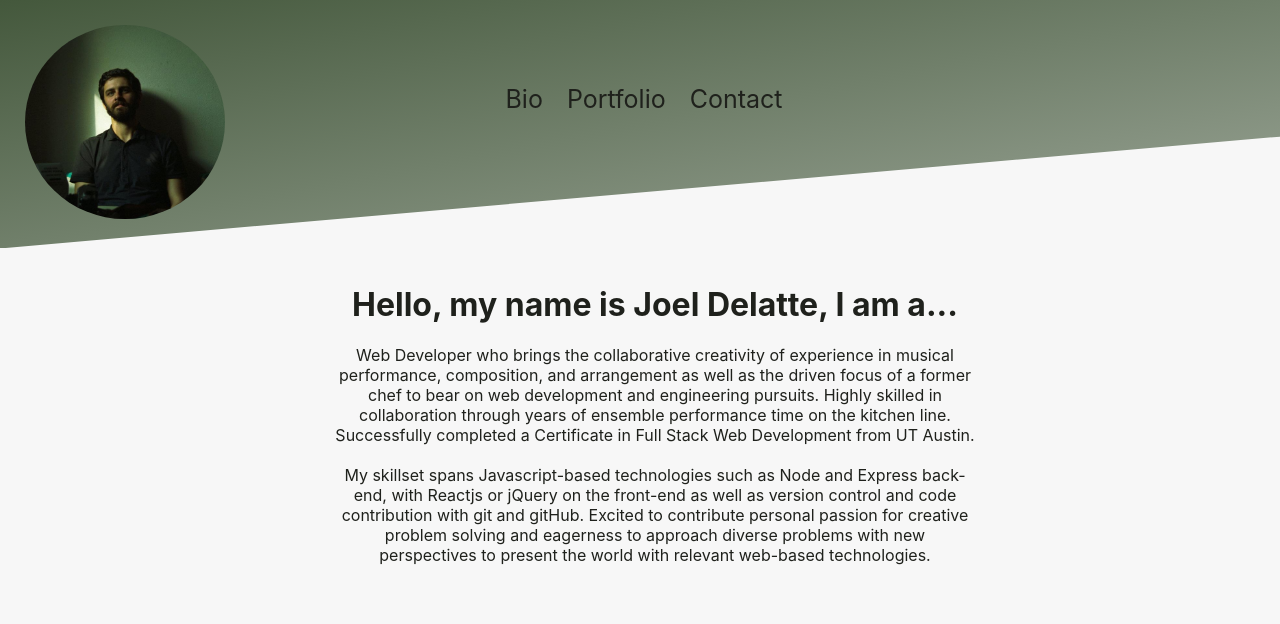
Repository: joeldelatte/react-portfolio
Page: / (app in client/)
These files come from the project's save history. The page is drawn as it stood at one moment and after the next save; the edit follows.
The browser window is 1280 px wide. The pictures show the whole page.
The project was rebuilt for these pictures with package versions that can differ from the ones it lists, and the page was loaded fresh each time. Also part of the build but not shown: client/src/App.css, client/src/Components/Contact/contact.css, client/src/Components/Contact/Contact.js, client/src/Components/Portfolio/portfolio.css, client/src/Components/Portfolio/Portfolio.js.

Above is the page before, as saved 2020-07-10 21:25:09.

### client/public/index.html
<!doctype html>
<html lang="en">
  <head>
    <meta charset="utf-8">
    <meta name="viewport" content="width=device-width, initial-scale=1, shrink-to-fit=no">
    <meta name="theme-color" content="#000000">
    <!--
      manifest.json provides metadata used when your web app is added to the
      homescreen on Android. See https://developers.google.com/web/fundamentals/engage-and-retain/web-app-manifest/
    -->
    <link rel="manifest" href="%PUBLIC_URL%/manifest.json">
    <link rel="shortcut icon" href="%PUBLIC_URL%/favicon.ico">
    <!--
      Notice the use of %PUBLIC_URL% in the tags above.
      It will be replaced with the URL of the `public` folder during the build.
      Only files inside the `public` folder can be referenced from the HTML.

      Unlike "/favicon.ico" or "favicon.ico", "%PUBLIC_URL%/favicon.ico" will
      work correctly both with client-side routing and a non-root public URL.
      Learn how to configure a non-root public URL by running `npm run build`.
    -->
    <title>Joel Delatte</title>
  </head>
  <body>
    <noscript>
      You need to enable JavaScript to run this app.
    </noscript>
    <div id="root"></div>
    <!--
      This HTML file is a template.
      If you open it directly in the browser, you will see an empty page.

      You can add webfonts, meta tags, or analytics to this file.
      The build step will place the bundled scripts into the <body> tag.

      To begin the development, run `npm start` or `yarn start`.
      To create a production bundle, use `npm run build` or `yarn build`.
    -->
  </body>
</html>

### client/src/index.css
body {
  height:100%;
  min-height: 100%;
  margin: 0;
  padding: 0;
  border: 0;
  font-family: -apple-system, BlinkMacSystemFont, 'Segoe UI', 'Roboto', 'Oxygen',
    'Ubuntu', 'Cantarell', 'Fira Sans', 'Droid Sans', 'Helvetica Neue',
    sans-serif;
  -webkit-font-smoothing: antialiased;
  -moz-osx-font-smoothing: grayscale;
  background-color: rgb(247, 247, 247);
  color: rgb(31,33,28);
}

code {
  font-family: source-code-pro, Menlo, Monaco, Consolas, 'Courier New',
    monospace;
}

### client/src/App.js
import React from 'react';
import {BrowserRouter as Router, Route, Switch, Link} from "react-router-dom";
import './App.css';
import Bio from "./Components/Bio/Bio";
import Nav from "./Page/Nav";
import Contact from "./Components/Contact/Contact";
import Portfolio from "./Components/Portfolio/Portfolio";

export default function App() {
  return (
    <>
      <Router>
        <Nav />
        <Switch>
          <Route exact path="/">
            <Bio />
          </Route>
          <Route exact path="/contact">
            <Contact />
          </Route>
          <Route exact path="/portfolio">
            <Portfolio />
          </Route>
        </Switch>
      </Router>
    </>
  );
}

### client/src/Components/Bio/Bio.js
import React from "react";
import "./bio.css";

export default function Bio() {

    return (
        <div className="container">
          <div className="bio">
            <h1>Hello, my name is Joel Delatte, I am a...</h1>
            <p>Web Developer who brings the collaborative creativity of experience in musical performance, composition, and
              arrangement as well as the driven focus of a former chef to bear on web development and engineering pursuits.
              Highly skilled in collaboration through years of ensemble performance time on the kitchen line.
              Successfully completed a Certificate in Full Stack Web Development from UT Austin.
              <br></br>
              <br></br>
              My skillset spans Javascript-based technologies such as Node and Express back-end, with Reactjs or
              jQuery on the front-end as well as version control and code contribution with git and gitHub.
              Excited to contribute personal passion for creative problem solving and eagerness to approach diverse
              problems with new perspectives to present the world with relevant web-based technologies.
            </p>
          </div>
        </div>
    )
}

### client/src/Page/Nav.js
import React from "react";
import {BrowserRouter as Router, Route, Switch, Link} from "react-router-dom";
import Avatar from "./Avatar";
import "./Page.css";

function Nav () {
    return (
      <div className="header">
        <Avatar />
        <div className="nav">
          <Link to="/">Bio</Link>
          <Link to="/portfolio">Portfolio</Link>
          <Link to="/contact">Contact</Link>
        </div>
      </div>
    );
};

export default Nav;

### client/src/Components/Bio/bio.css
.container {
    position: relative;
}

.bio {
    max-width: 50%;
    padding: 15px;
    max-width: 50%;
    position: absolute;
    top: 40%;
    left: 25%;
    text-align: center;
}

.bio p {
    text-align: center;
}


    @media only screen and (max-width: 768px) {
        .viewContainer {
            margin-left: 110px;
        }
    }

### client/src/Page/Avatar.js
import React from "react";
import Portrait from "./images/joel_d.png"
import "./Page.css";

function Avatar () {

    return (
      <div>
          <img src={Portrait} alt="avatar"  className="avatar" />
      </div>
    );
};

export default Avatar;

### client/src/Page/Page.css
.header {
  height: 38%;
  background-image: linear-gradient(to right bottom, rgba(68,88,60, 1), rgba(68,88,60, 0.501));
  background-size: cover;
  background-position: top;
  position: relative;
  -webkit-clip-path: polygon(0 0, 100% 0, 100% 55%, 0 100%);
  clip-path: polygon(0 0, 100% 0, 100% 55%, 0 100%);
  position: relative;
}

  .avatar {
    border: 10px;
    border-color: rgb(68,88,60);
    display: inline;
    max-width: 200px;
    border-radius: 100%;
    margin: 25px;
    }

.nav {
    position: absolute;
    top: 40%;
    left: 50%;
    transform: translate(-50%, -50%);
    text-align: center;
}

.nav a {
    padding: 6px 8px 6px 16px;
    text-decoration: none;
    font-size: 25px;
    color: rgb(31,33,28);
    display: inline;
    text-align: center;
  }

.nav a:hover {
    color: #f1f1f1;
}

Loaded but not shown: client/src/index.js (common file); client/src/serviceWorker.js (common file)

After the next save:
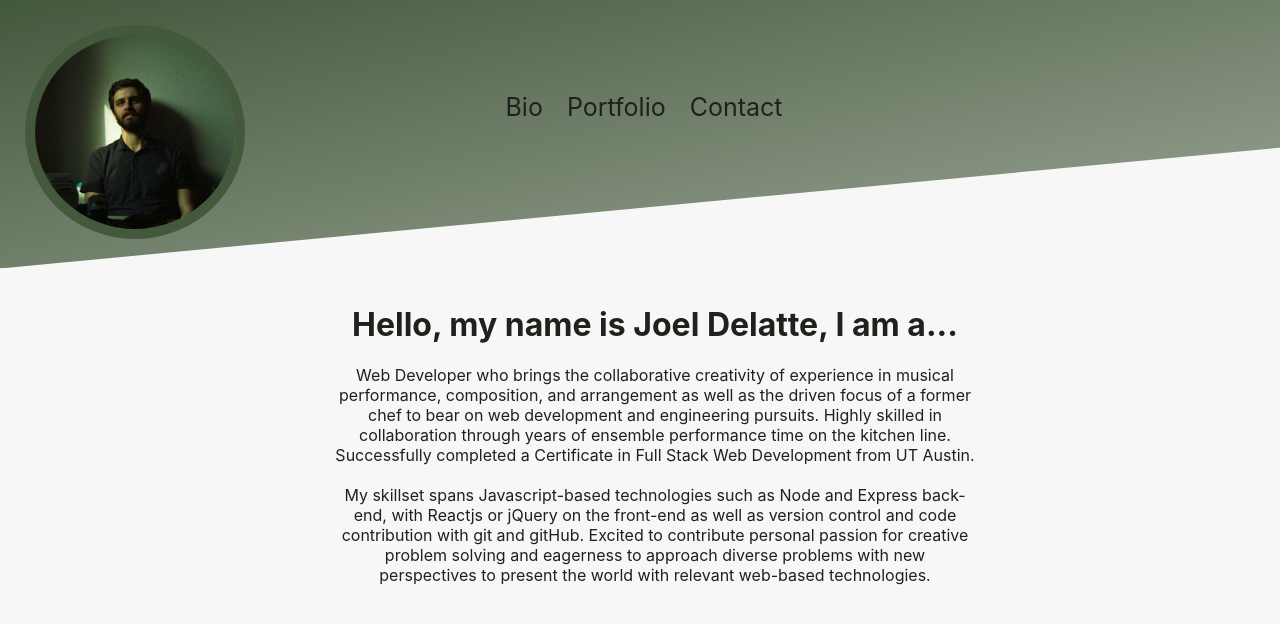
Saved 3 min 5 s later.
--- a/client/src/Page/Page.css
+++ b/client/src/Page/Page.css
@@ -10,7 +10,7 @@
 }
 
   .avatar {
-    border: 10px;
+    border: 10px solid;
     border-color: rgb(68,88,60);
     display: inline;
     max-width: 200px;
